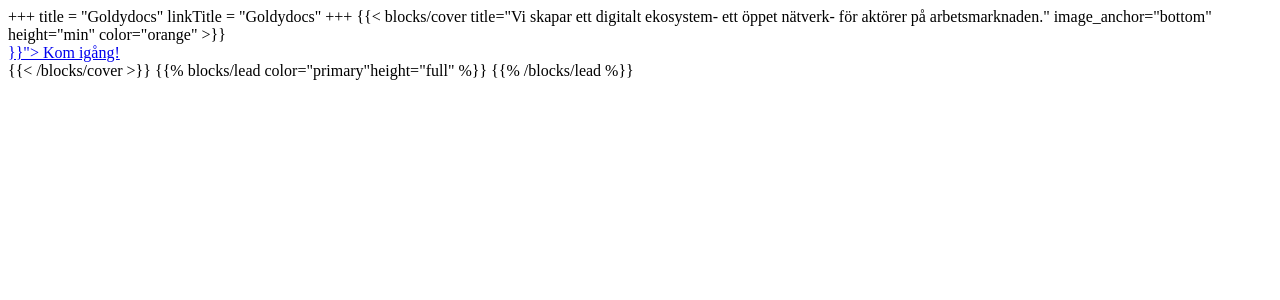
Repository: rudasn/docsy-cms-netlify
Page: content/sv/_index.html
These files come from the project's save history. The page is drawn as it stood at one moment and after the next save; the edit follows.
The browser window is 1280 px wide. The pictures show the whole page.

Above is the page before, as saved 2021-05-05 08:37:09.

After the next save:
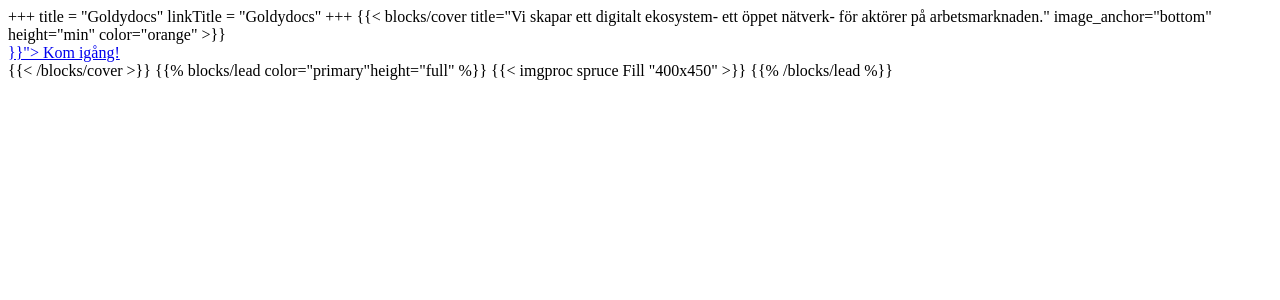
Saved 4 min 27 s later.
--- a/content/sv/_index.html
+++ b/content/sv/_index.html
@@ -20,7 +20,7 @@
 
 {{% blocks/lead color="primary"height="full" %}}
 
-
+{{< imgproc spruce Fill "400x450" >}}
 
 {{% /blocks/lead %}}
 <!--
